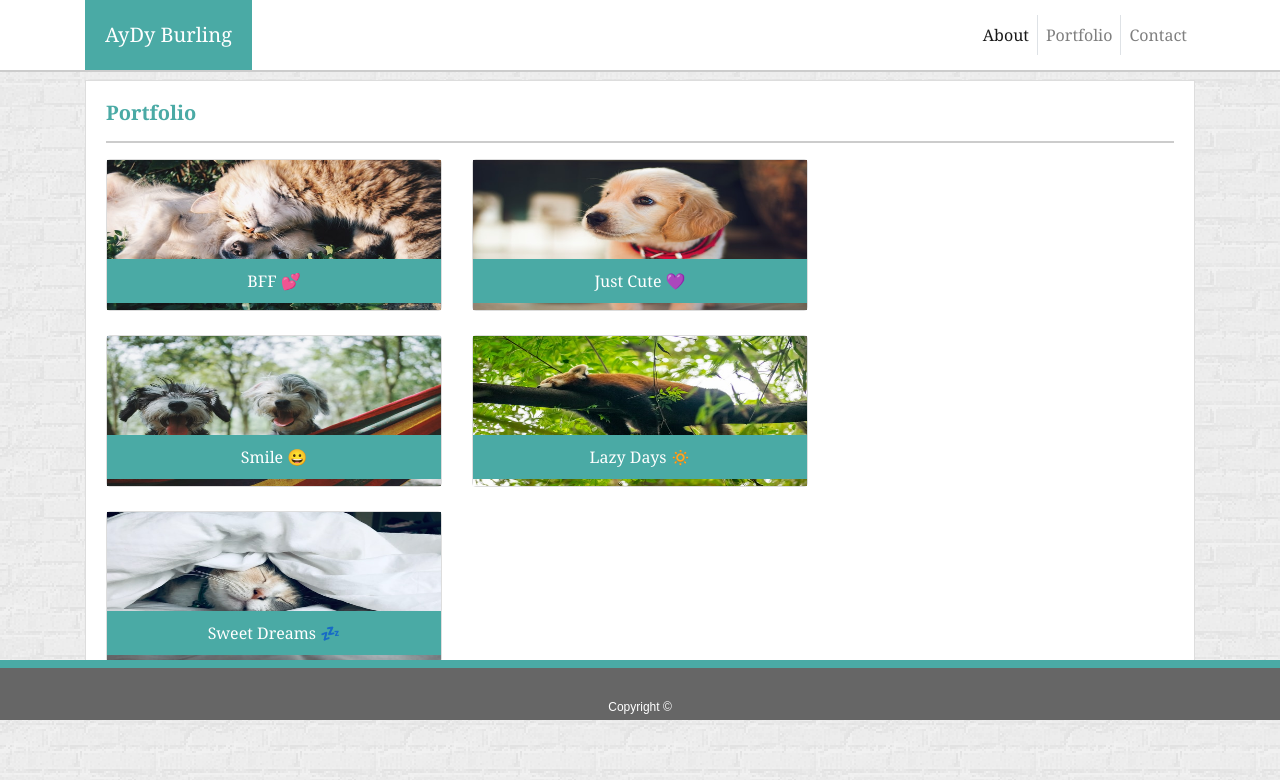
Repository: Dee1985/AyDy-Burling-prework
Page: Module-1_Assessment/portfolio.html
The author's editor kept a copy of each file at every save. The page is drawn from the files as they stood at one save, then again after the next save.
The browser window is 1280 px wide. The pictures show the whole page.

Above is the page before, as saved 2020-05-22 23:35:45.

After the next save:
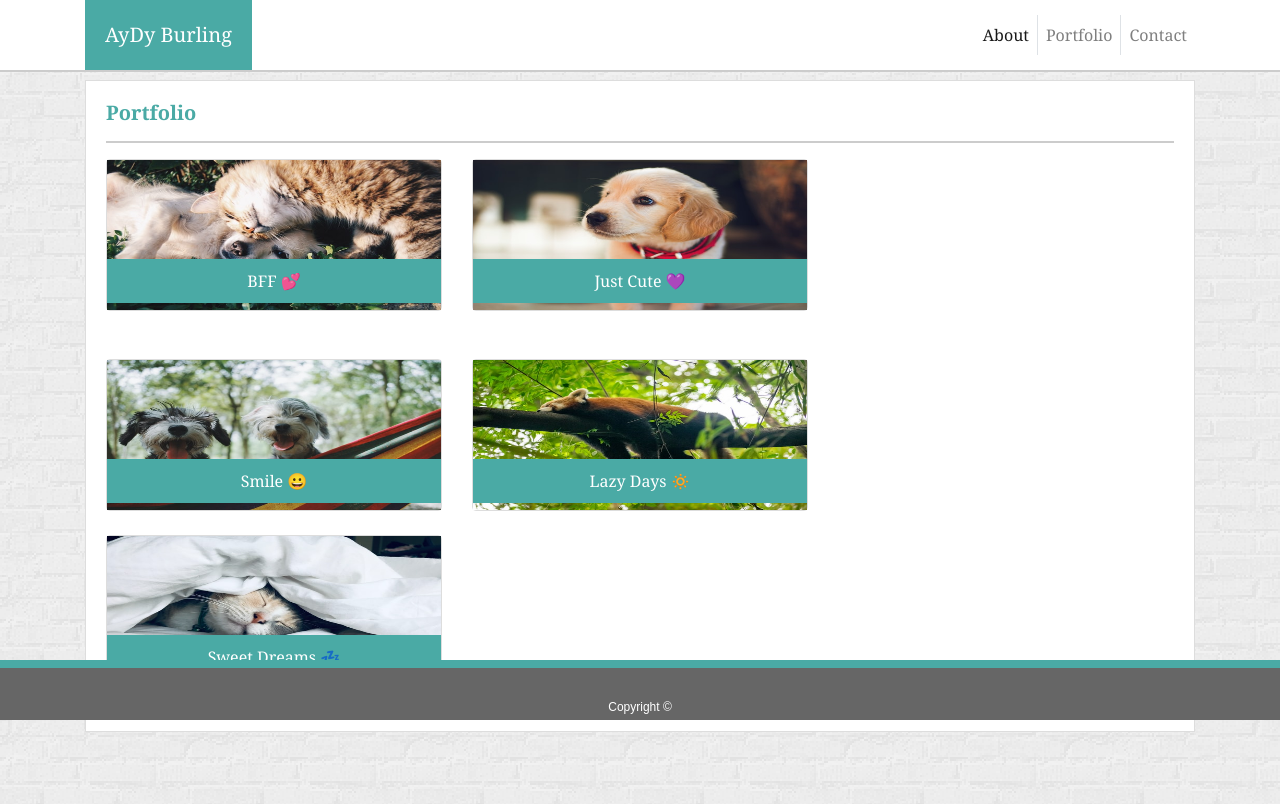
Saved 11 s later.
--- a/Module-1_Assessment/portfolio.html
+++ b/Module-1_Assessment/portfolio.html
@@ -56,7 +56,7 @@
               <!-- start of cards -->
             <div class="row justify-content-start">
               <!-- first card -->
-                <div class="col-4 mb-4">
+                <div class="col-4 mb-5">
                             <div class="card text-white">
                                 <img src="assets/img/krista-mangulsone-9gz3wfHr65U-unsplash.jpg"  height="150px" alt="cat and dog cuddles">
                                 <div class="card-heading text-center">
